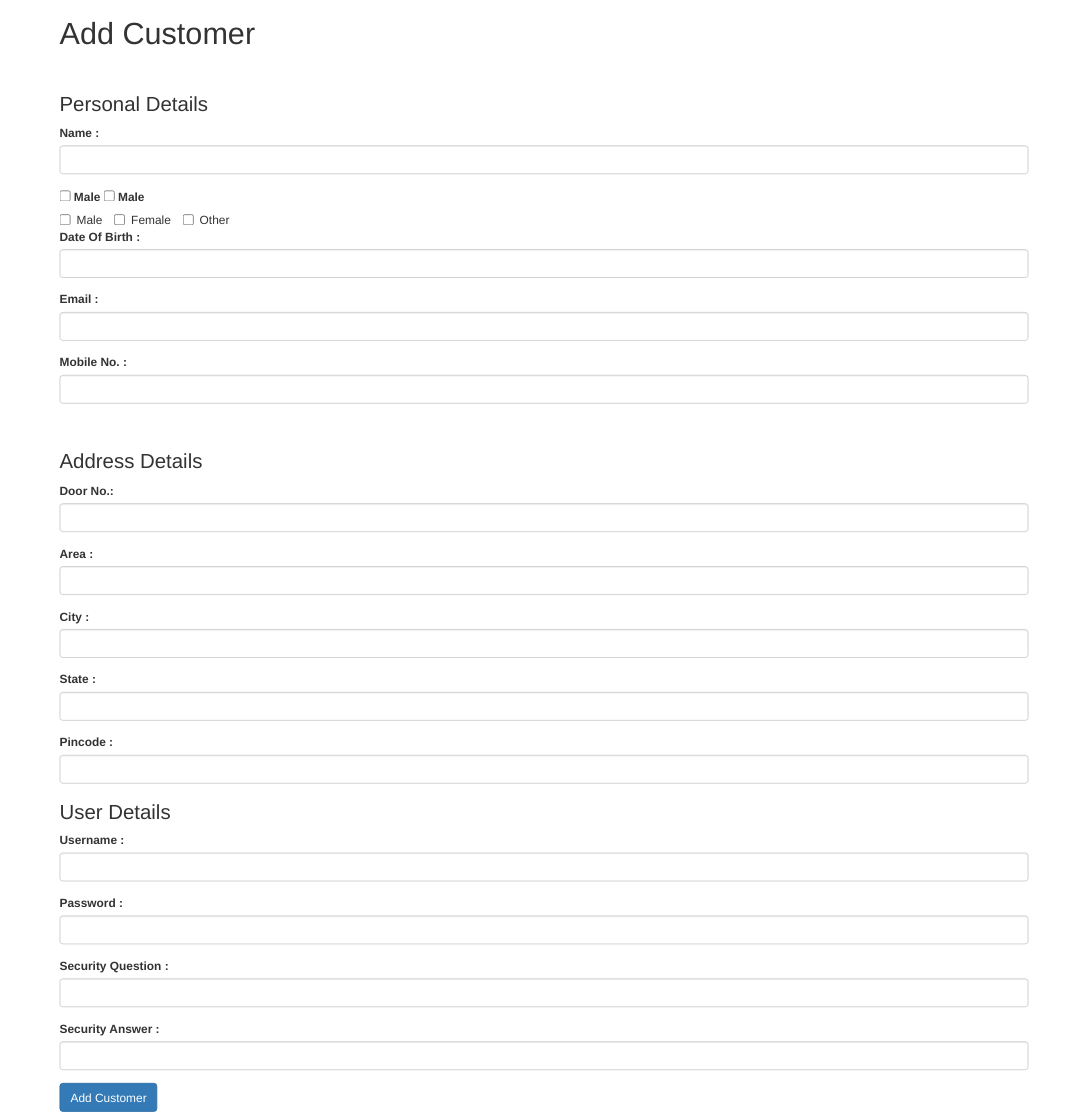
Repository: Shubham-Gawade/SpringHibernateTraining
Page: http://localhost/xorbankonline/WEB-INF/pages/addcustomer.jsp
The author's editor kept a copy of each file at every save. The page is drawn from the files as they stood at one save, then again after the next save.
The browser window is 1280 px wide. The pictures show the whole page, at 85% of full size.
The page is served by Tomcat 9. Nobody is signed in. Other server files are loaded and not shown. The template is opened directly, without the code that normally fills it, so the values that code supplies are empty.

Above is the page before, as saved 2021-10-07 04:50:58.

### xorbankonline/src/main/webapp/WEB-INF/pages/addcustomer.jsp
<%@ page language="java" contentType="text/html; charset=ISO-8859-1"
    pageEncoding="ISO-8859-1"%>
<%@ taglib prefix="form" uri="http://www.springframework.org/tags/form" %>
<!DOCTYPE html>
<html>
<head>
<meta charset="ISO-8859-1">
<title>Insert title here</title>
<link rel="stylesheet" href="https://maxcdn.bootstrapcdn.com/bootstrap/3.3.7/css/bootstrap.min.css">
</head>
<body class="container">
	<h1>Add Customer</h1>
	<form:form action="addcustomer" method="post" modelAttribute="customerObj">
		<br/>
		<h3>Personal Details</h3>
		<div class="form-group">
		    <label for="name">Name :</label>
		    <form:input type="text" path="personName" class="form-control" name="name"/>
		</div>
		<div class="form-check">
		  <input class="form-check-input" type="checkbox" value="MALE" id="flexCheckDefault">
		  <label class="form-check-label" for="flexCheckDefault">Male</label>
		  <input class="form-check-input" type="checkbox" value="MALE" id="flexCheckDefault">
		  <label class="form-check-label" for="flexCheckDefault">Male</label>
		</div>
		<label class="checkbox-inline"><input type="checkbox" name="gender" value="MALE">Male</label>
		<label class="checkbox-inline"><input type="checkbox" name="gender" value="FEMALE">Female</label>
		<label class="checkbox-inline"><input type="checkbox" name="gender" value="OTHER">Other</label>
		<div class="form-group">
		    <label for="dateOfBirth">Date Of Birth :</label>
		    <input type="text" class="form-control" name="dateOfBirth">
		</div>
		<div class="form-group">
		    <label for="emailId">Email :</label>
		    <form:input type="email" class="form-control" path="emailId" name="emailId"/>
		</div>
		<div class="form-group">
		    <label for="email">Mobile No. :</label>
		    <form:input type="number" class="form-control" path="mobileNo" name="mobileNo"/>
		</div>

		<br/>
		<h3>Address Details</h3>
		<div class="form-group">
		    <label for="doorNo">Door No.:</label>
		    <form:input type="text" class="form-control" path="address.doorNo" name="doorNo"/>
		</div>
		<div class="form-group">
		    <label for="area">Area :</label>
		    <form:input type="text" class="form-control" path="address.area" name="area"/>
		</div>
		<div class="form-group">
		    <label for="city">City :</label>
		    <form:input type="text" class="form-control" path="address.city" name="city"/>
		</div>
		<div class="form-group">
		    <label for="state">State :</label>
		    <form:input type="text" class="form-control" path="address.state" name="state"/>
		</div>
		<div class="form-group">
		    <label for="pincode">Pincode :</label>
		    <form:input type="text" class="form-control" path="address.pincode" name="pincode"/>
		</div>

		<h3>User Details</h3>
		<div class="form-group">
		    <label for="userName">Username :</label>
		    <form:input type="text" class="form-control" path="user.userName" name="userName"/>
		</div>
		<div class="form-group">
		    <label for="password">Password :</label>
		    <form:input type="text" class="form-control" path="user.password" name="password"/>
		</div>
		<div class="form-group">
		    <label for="securityQuestion">Security Question :</label>
		    <form:input type="text" class="form-control" path="user.securityQuestion" name="securityQuestion"/>
		</div>
		<div class="form-group">
		    <label for="securityAnswer">Security Answer :</label>
		    <form:input type="text" class="form-control" path="user.securityAnswer" name="securityAnswer"/>
		</div>
		<input class="btn btn-primary" type="submit" value="Add Customer"/>
	</form:form>
</body>
</html>

After the next save:
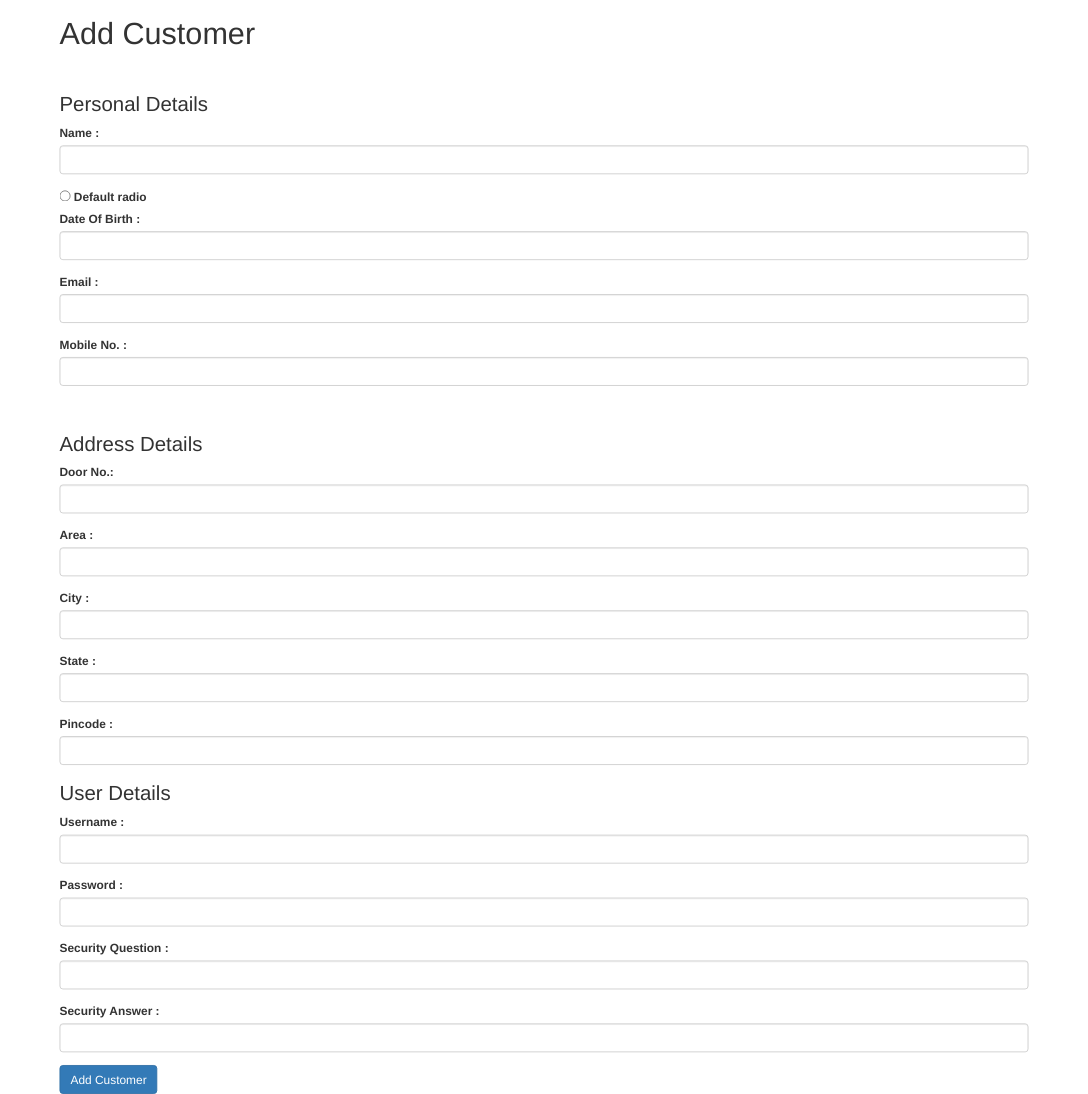
Saved 58 s later.
--- a/xorbankonline/src/main/webapp/WEB-INF/pages/addcustomer.jsp
+++ b/xorbankonline/src/main/webapp/WEB-INF/pages/addcustomer.jsp
@@ -1,85 +1,95 @@
 <%@ page language="java" contentType="text/html; charset=ISO-8859-1"
-    pageEncoding="ISO-8859-1"%>
-<%@ taglib prefix="form" uri="http://www.springframework.org/tags/form" %>
+	pageEncoding="ISO-8859-1"%>
+<%@ taglib prefix="form" uri="http://www.springframework.org/tags/form"%>
 <!DOCTYPE html>
 <html>
 <head>
 <meta charset="ISO-8859-1">
 <title>Insert title here</title>
-<link rel="stylesheet" href="https://maxcdn.bootstrapcdn.com/bootstrap/3.3.7/css/bootstrap.min.css">
+<link rel="stylesheet"
+	href="https://maxcdn.bootstrapcdn.com/bootstrap/3.3.7/css/bootstrap.min.css">
 </head>
 <body class="container">
 	<h1>Add Customer</h1>
-	<form:form action="addcustomer" method="post" modelAttribute="customerObj">
-		<br/>
+	<form:form action="addcustomer" method="post"
+		modelAttribute="customerObj">
+		<br />
 		<h3>Personal Details</h3>
 		<div class="form-group">
-		    <label for="name">Name :</label>
-		    <form:input type="text" path="personName" class="form-control" name="name"/>
+			<label for="name">Name :</label>
+			<form:input type="text" path="personName" class="form-control"
+				name="name" />
 		</div>
 		<div class="form-check">
-		  <input class="form-check-input" type="checkbox" value="MALE" id="flexCheckDefault">
-		  <label class="form-check-label" for="flexCheckDefault">Male</label>
-		  <input class="form-check-input" type="checkbox" value="MALE" id="flexCheckDefault">
-		  <label class="form-check-label" for="flexCheckDefault">Male</label>
-		</div>
-		<label class="checkbox-inline"><input type="checkbox" name="gender" value="MALE">Male</label>
-		<label class="checkbox-inline"><input type="checkbox" name="gender" value="FEMALE">Female</label>
-		<label class="checkbox-inline"><input type="checkbox" name="gender" value="OTHER">Other</label>
-		<div class="form-group">
-		    <label for="dateOfBirth">Date Of Birth :</label>
-		    <input type="text" class="form-control" name="dateOfBirth">
+			<input class="form-check-input" type="radio" name="flexRadioDefault"
+				id="flexRadioDefault1" /> <label class="form-check-label"
+				for="flexRadioDefault1"> Default radio </label>
 		</div>
 		<div class="form-group">
-		    <label for="emailId">Email :</label>
-		    <form:input type="email" class="form-control" path="emailId" name="emailId"/>
+			<label for="dateOfBirth">Date Of Birth :</label> <input type="text"
+				class="form-control" name="dateOfBirth">
 		</div>
 		<div class="form-group">
-		    <label for="email">Mobile No. :</label>
-		    <form:input type="number" class="form-control" path="mobileNo" name="mobileNo"/>
+			<label for="emailId">Email :</label>
+			<form:input type="email" class="form-control" path="emailId"
+				name="emailId" />
+		</div>
+		<div class="form-group">
+			<label for="email">Mobile No. :</label>
+			<form:input type="number" class="form-control" path="mobileNo"
+				name="mobileNo" />
 		</div>
 
-		<br/>
+		<br />
 		<h3>Address Details</h3>
 		<div class="form-group">
-		    <label for="doorNo">Door No.:</label>
-		    <form:input type="text" class="form-control" path="address.doorNo" name="doorNo"/>
+			<label for="doorNo">Door No.:</label>
+			<form:input type="text" class="form-control" path="address.doorNo"
+				name="doorNo" />
 		</div>
 		<div class="form-group">
-		    <label for="area">Area :</label>
-		    <form:input type="text" class="form-control" path="address.area" name="area"/>
+			<label for="area">Area :</label>
+			<form:input type="text" class="form-control" path="address.area"
+				name="area" />
 		</div>
 		<div class="form-group">
-		    <label for="city">City :</label>
-		    <form:input type="text" class="form-control" path="address.city" name="city"/>
+			<label for="city">City :</label>
+			<form:input type="text" class="form-control" path="address.city"
+				name="city" />
 		</div>
 		<div class="form-group">
-		    <label for="state">State :</label>
-		    <form:input type="text" class="form-control" path="address.state" name="state"/>
+			<label for="state">State :</label>
+			<form:input type="text" class="form-control" path="address.state"
+				name="state" />
 		</div>
 		<div class="form-group">
-		    <label for="pincode">Pincode :</label>
-		    <form:input type="text" class="form-control" path="address.pincode" name="pincode"/>
+			<label for="pincode">Pincode :</label>
+			<form:input type="text" class="form-control" path="address.pincode"
+				name="pincode" />
 		</div>
 
 		<h3>User Details</h3>
 		<div class="form-group">
-		    <label for="userName">Username :</label>
-		    <form:input type="text" class="form-control" path="user.userName" name="userName"/>
+			<label for="userName">Username :</label>
+			<form:input type="text" class="form-control" path="user.userName"
+				name="userName" />
 		</div>
 		<div class="form-group">
-		    <label for="password">Password :</label>
-		    <form:input type="text" class="form-control" path="user.password" name="password"/>
+			<label for="password">Password :</label>
+			<form:input type="text" class="form-control" path="user.password"
+				name="password" />
 		</div>
 		<div class="form-group">
-		    <label for="securityQuestion">Security Question :</label>
-		    <form:input type="text" class="form-control" path="user.securityQuestion" name="securityQuestion"/>
+			<label for="securityQuestion">Security Question :</label>
+			<form:input type="text" class="form-control"
+				path="user.securityQuestion" name="securityQuestion" />
 		</div>
 		<div class="form-group">
-		    <label for="securityAnswer">Security Answer :</label>
-		    <form:input type="text" class="form-control" path="user.securityAnswer" name="securityAnswer"/>
+			<label for="securityAnswer">Security Answer :</label>
+			<form:input type="text" class="form-control"
+				path="user.securityAnswer" name="securityAnswer" />
 		</div>
-		<input class="btn btn-primary" type="submit" value="Add Customer"/>
+		<input class="btn btn-primary" type="submit" value="Add Customer" />
 	</form:form>
 </body>
 </html>
